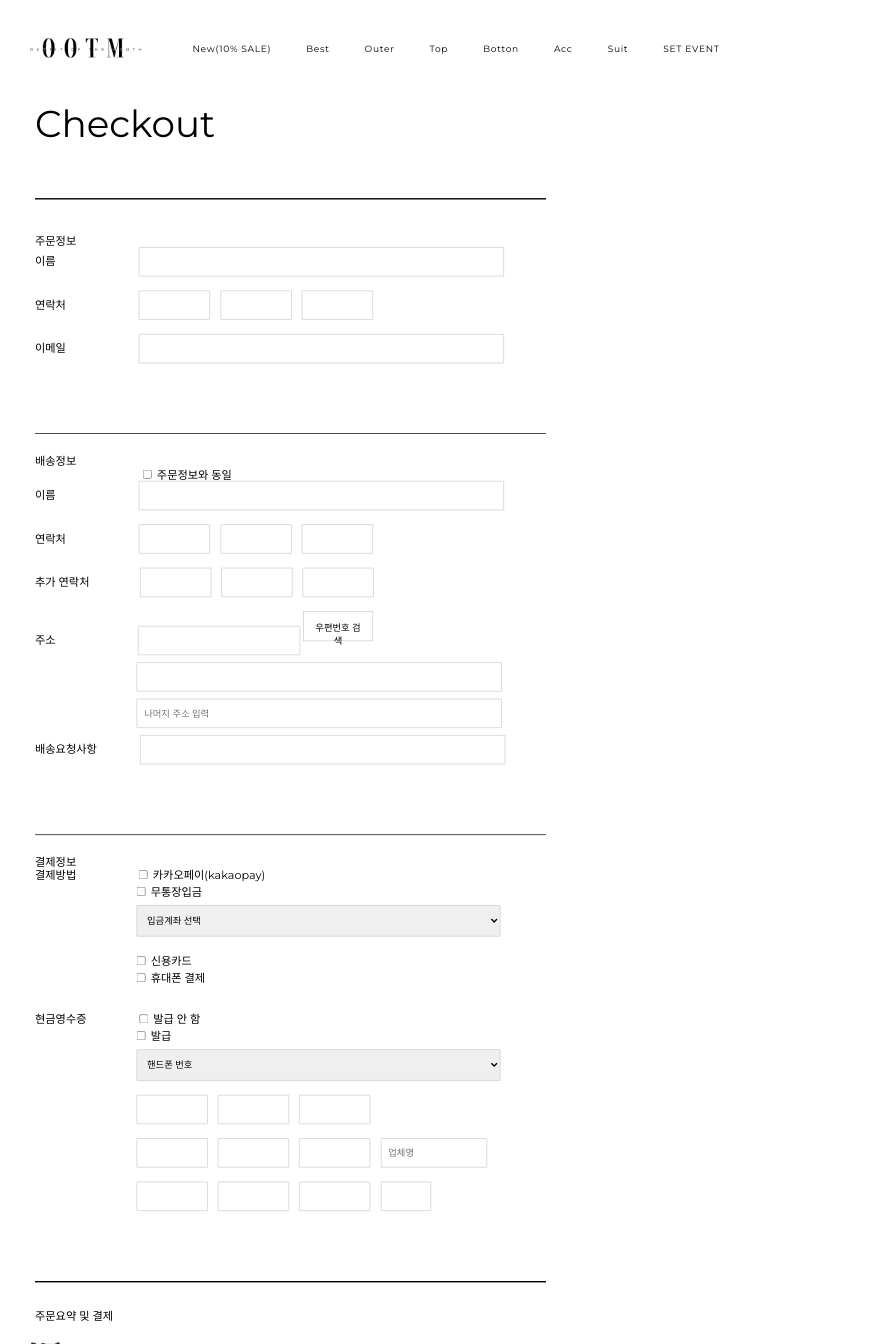
Repository: parkjunhoo/ootm
Page: ootm/src/main/webapp/html/payment_members.html
These files come from the project's save history. The page is drawn as it stood at one moment and after the next save; the edit follows.
The browser window is 1280 px wide. The pictures show the part of the page from y = 0 to 1920 px (the page is 2720 px tall), at 70% of full size.

Above is the page before, as saved 2023-04-23 12:43:01.
Console error: TypeError: Cannot read properties of null (reading 'appendChild')

### ootm/src/main/webapp/html/payment_members.html
<!DOCTYPE html>
<html>
	<head>
		<meta charset="UTF-8">
		<title>이달의 룩 - 결제페이지</title>
		<!-- 파비콘 -->
		<link rel="icon" href="/ootm/images/favicon.ico">
		 <!-- 글꼴 -->
        <link rel="preconnect" href="https://fonts.googleapis.com">
        <link rel="preconnect" href="https://fonts.gstatic.com" crossorigin>
        <link href="https://fonts.googleapis.com/css2?family=Montserrat:ital,wght@0,100;0,200;0,300;0,400;0,500;0,600;0,700;0,800;0,900;1,100;1,200;1,300;1,400;1,500;1,600;1,700;1,800;1,900&family=Noto+Sans+KR:wght@100;300;400;500;700;900&display=swap" rel="stylesheet">
        <!-- css -->
		<link rel="stylesheet" type="text/css" href="/ootm/css/payment_non_member_style.css"/>
        <link rel="stylesheet" type="text/css" href="/ootm/component/header/header.css"/>
        <link rel="stylesheet" type="text/css" href="/ootm/component/carousel/carousel.css"/>
        <link rel="stylesheet" type="text/css" href="/ootm/component/hoverbox/hoverbox.css"/>
        <link rel="stylesheet" type="text/css" href="/ootm/component/footer/footer.css"/>
	</head>
	<body>
		<header-component class="header" logoDark="true" logoHoverDark="true" mTextColor="black" bgHoverColor="#F9F9F9" menuBtnColor="black">
		</header-component>
		<h1 class="checkout">Checkout</h1>
		<hr class="line1"/>
		<form>
			<div class="user_order_info1">
				<h3 >주문정보</h3>
				<label id="title_name" for="name">이름</label>
				<input type="text" id="name" name="name"><br/>

				<label id="title_phone_number" for="phone_number">연락처</label>
				<input type="text" id="phone_number" name="phone_number">
				<input type="text" id="phone_number" name="phone_number">
				<input type="text" id="phone_number" name="phone_number"><br/>

				<label id="title_email" for="email">이메일</label>
				<input type="email" id="email" name="email"><br/>
			</div>
		</form>

		<hr class="line2"/>
		<form>
			<div class="user_order_info2">
				<div class="shipping-container">
					<h3>배송정보</h3>
  					<div>
    					<input type="checkbox" id="shipping">
   						<label for="shipping">주문정보와 동일</label>
   					</div>
				</div>
				<div>
					<label id="title_name" for="name">이름</label>
					<input type="text" id="name" name="name"><br/>

					<label id="title_phone_number" for="phone_number">연락처</label>
					<input type="text" id="phone_number" name="phone_number">
					<input type="text" id="phone_number" name="phone_number">
					<input type="text" id="phone_number" name="phone_number"><br/>

					<label id="title_phone_number_additional" for="phone_number_additional">추가 연락처</label>
					<input type="text" id="phone_number_additional" name="phone_number_additional">
					<input type="text" id="phone_number_additional" name="phone_number_additional">
					<input type="text" id="phone_number_additional" name="phone_number_additional"><br/>
					<!-- 배송지선택 체크박스 만들기 -->
					<label id="title_address" for="address">주소</label>
      				<input type="text" id="address_code1" name="address">
      				<button id="post_button" type="submit">우편번호 검색</button><br/>
      				<label id="empty_space" for="address">  </label>
      				<input type="text" id="address_code2" name="address"><br/>
      				<label id="empty_space" for="address">  </label>
      				<input type="text" id="remaining_address" name="address" placeholder="나머지 주소 입력"><br/>
      				<label id="title_shipping_request" for="shipping_request">배송요청사항</label>
      				<input type="text" id="shipping_request" name="shipping_request"><br/>
				</div>
			</div>
		</form>
		<hr class="line3"/>
		<form>
			<div class="user_order_info3">
				<h3>결제정보</h3>
				<label id="payment_method" for="payment_method">결제방법</label>

				<input type="checkbox" id="kakaopay">
   				<label for="kakaopay">카카오페이(kakaopay)</label><br/>

   				<!--  -->
   				<input type="checkbox" id="bankbook">
   				<label for="bankbook">무통장입금</label><br/>
				<select id="dropdown" name="dropdown">
					<option value="select">입금계좌 선택</option>
					<option value="woori_bank">우리은행 1002-111-222222</option><br/>
				</select><br/>

				<input type="checkbox" id="credit_card">
   				<label for="credit_card">신용카드</label><br/>

   				<input type="checkbox" id="mobile_payment">
   				<label for="mobile_payment">휴대폰 결제</label><br/>

   				<div id="cash_receipts_container">
	   				<label id="cash_receipts" for="cash_receipts">현금영수증</label>

	   				<input type="checkbox" id="cash_receipts_no">
	   				<label for="cash_receipts_no">발급 안 함</label><br/>

	   				<input type="checkbox" id="cash_receipts_yes">
	   				<label for="cash_receipts_yes">발급</label><br/>

	   				<select id="dropdown" name="dropdown">
						<option value="phone_number">핸드폰 번호</option>
						<option value="business_number">사업자 번호</option>
						<option value="revenue">국세청 현금영수증 카드</option><br/>
					</select><br/>
					<div id="phone_number_container">
						<input type="text" id="phone_number" name="phone_number">
						<input type="text" id="phone_number" name="phone_number">
						<input type="text" id="phone_number" name="phone_number"><br/>
					</div>
					<div id="business_number_container">
						<input type="text" id="business_number" name="business_number">
						<input type="text" id="business_number" name="business_number">
						<input type="text" id="business_number" name="business_number">
						<input type="text" id="business_number_company_name" name="business_number_company_name" placeholder="업체명"><br/>
					</div>
					<div id="revenue_container">
						<input type="text" id="revenue_number" name="revenue_number">
						<input type="text" id="revenue_number" name="revenue_number">
						<input type="text" id="revenue_number" name="revenue_number">
						<input type="text" id="revenue_number_last" name="revenue_number_last"><br/>
					</div>
   				</div>
			</div>
		</form>
		<hr class="line5"/>
		<form>
			<div class="checkout_summary">
				<h3>주문요약 및 결제</h3>
				<ul>
					<li class="image">
						<img src="/ootm/images/pants.jpg"> <!-- DB에서 받아오기 -->
					</li>
					<li class="product_info">
						<h4>8036 버뮤다 카펜터 반밴딩 x 1</h4>
						<div class="product-option">컬러 : 중청, 사이즈 : L</div>
						<h4 class="price">37,000원</h4>
					</li>
				</ul>
				<hr class="line6"/>
				<div class="pay_summary">
					<div class="summary_list">
						<div class="summary_item_subtotal">
							<div class="label">주문금액</div>
						</div>
					</div>

				</div>
			</div>
		</form>




		<footer-component>
		</footer-component>
		<script src="../javascript/mainPage.js"></script>
        <script src="../component/header/header.js"></script>
        <script src="../component/carousel/carousel.js"></script>
        <script src="../component/hoverbox/hoverbox.js"></script>
        <script src="../component/footer/footer.js"></script>
	</body>
</html>

### ootm/src/main/webapp/css/payment_non_member_style.css
@charset "UTF-8";

.header {
	position: fixed;
	top: 0;
	left: 0;
	right: 0;
	padding-top: 30px;
}

.checkout {
	margin-top: 150px;
	margin-left: 50px;
	font-size: 40pt;
}

/* 진한 선 */
.line1 {
	height: 2px;
	border-style: solid;
	border-width: 0;
	border-top-width: 2px;
	border-color: black;
	background-color: transparent;
	margin-left: 50px;
	margin-right: 500px;
	margin-top: 80px;
}

/* 연한 선 */
.line2 {
	height: 1px;
	border-style: 1px solid lightgray;
	border-width: 0;
	border-top-width: 1px;
	border-color: black;
	background-color: transparent;
	margin-left: 50px;
	margin-right: 500px;
	margin-top: 80px;
}

/* 연한 선 */
.line3 {
	height: 1px;
	border-style: 1px solid lightgray;
	border-width: 0;
	border-top-width: 1px;
	border-color: black;
	background-color: transparent;
	margin-left: 50px;
	margin-right: 500px;
	margin-top: 80px;
}

/* 연한 선 */
.line4 {
	height: 1px;
	border-style: 1px solid lightgray;
	border-width: 0;
	border-top-width: 1px;
	border-color: black;
	background-color: transparent;
	margin-left: 50px;
	margin-right: 500px;
	margin-top: 80px;
}

/* 진한 선 */
.line5 {
	height: 2px;
	border-style: solid;
	border-width: 0;
	border-top-width: 2px;
	border-color: black;
	background-color: transparent;
	margin-left: 50px;
	margin-right: 500px;
	margin-top: 80px;
}

/* 연한 선 */
.line6 {
	height: 1px;
	border-style: 1px solid lightgray;
	border-width: 0;
	border-top-width: 1px;
	border-color: black;
	background-color: transparent;
	margin-left: 50px;
	margin-right: 500px;
	margin-top: 25px;
}

/* 결제정보 */
h3 {
	margin-bottom: 40px;
}

.user_order_info1 {
	margin-left: 50px;
	margin-top: 50px;
}

.user_order_info1 #name {
	width: 500px;
	height: 20px;
	padding: 10px;
	margin-bottom: 20px;
	border-radius: 1px;
	border: 1px solid #ccc;
}

.user_order_info1 #email {
	width: 500px;
	height: 20px;
	padding: 10px;
	margin-bottom: 20px;
	border-radius: 1px;
	border: 1px solid #ccc;
}

.user_order_info1 #phone_number {
	width: 80px;
	height: 20px;
	padding: 10px;
	margin-bottom: 20px;
	margin-right: 10px;
	border-radius: 1px;
	border: 1px solid #ccc;
}

.user_order_info3 #business_number {
	width: 80px;
	height: 20px;
	padding: 10px;
	margin-bottom: 20px;
	margin-right: 10px;
	border-radius: 1px;
	border: 1px solid #ccc;
}

.user_order_info3 #business_number_company_name {
	width: 130px;
	height: 20px;
	padding: 10px;
	margin-bottom: 20px;
	margin-right: 10px;
	border-radius: 1px;
	border: 1px solid #ccc;
}

.user_order_info3 #revenue_number {
	width: 80px;
	height: 20px;
	padding: 10px;
	margin-bottom: 20px;
	margin-right: 10px;
	border-radius: 1px;
	border: 1px solid #ccc;
}

.user_order_info3 #revenue_number_last {
	width: 50px;
	height: 20px;
	padding: 10px;
	margin-bottom: 20px;
	margin-right: 10px;
	border-radius: 1px;
	border: 1px solid #ccc;
}

#title_name {
	margin-right: 114px;
}

#title_phone_number {
	margin-right: 100px;
}

#title_email {
	margin-right: 100px;
}

#right_checkbox {
	float: left;
}

#title_phone_number_additional {
	margin-right: 68px;
}

#title_address {
	margin-right: 113px;
}

#empty_space {
	margin-right: 145px;
}

#title_shipping_request {
	margin-right: 57px;
}

#shipping {
	margin-top: 20px;
	margin-left: 80px;
}

#kakaopay {
	margin-left: 85px;
}

#bankbook {
	margin-top: 8px;
	margin-left: 145px;
}

#credit_card {
	margin-top: 8px;
	margin-left: 145px;
}

#realtime_bank {
	margin-top: 8px;
	margin-left: 145px;
}

#escrow {
	margin-top: 8px;
	margin-left: 145px;
}

#mobile_payment {
	margin-top: 8px;
	margin-left: 145px;
}

#cash_receipts_no {
	margin-top: 8px;
	margin-left: 71px;
}

#cash_receipts_yes {
	margin-top: 8px;
	margin-left: 145px;
}

#cash_receipts_container {
	margin-top: 35px;
}

.privacy {
	margin-top: 20px;
}

.user_order_info2 {
	margin-left: 50px;
	margin-top: 30px;
}

.user_order_info3 {
	margin-left: 50px;
	margin-top: 30px;
}

.user_order_info4 {
	margin-left: 50px;
	margin-top: 30px;
}

.privacy {
	margin-left: 50px;
	margin-top: 30px;
}

.shipping-container {
	display: flex;
}

.shipping-container h3 {
	margin-right: 15px;
}

.user_order_info2 div #name {
	width: 500px;
	height: 20px;
	padding: 10px;
	margin-bottom: 20px;
	border-radius: 1px;
	border: 1px solid #ccc;
}

.user_order_info2 div #phone_number {
	width: 80px;
	height: 20px;
	padding: 10px;
	margin-bottom: 20px;
	margin-right: 10px;
	border-radius: 1px;
	border: 1px solid #ccc;
}

.user_order_info2 div #phone_number_additional {
	width: 80px;
	height: 20px;
	padding: 10px;
	margin-bottom: 20px;
	margin-right: 10px;
	border-radius: 1px;
	border: 1px solid #ccc;
}

.user_order_info2 div #address_code1 {
	width: 210px;
	height: 20px;
	padding: 10px;
	margin-bottom: 10px;
	border-radius: 1px;
	border: 1px solid #ccc;
}

.user_order_info2 div #address_code2 {
	width: 500px;
	height: 20px;
	padding: 10px;
	margin-bottom: 10px;
	border-radius: 1px;
	border: 1px solid #ccc;
}

.user_order_info2 div #remaining_address {
	width: 500px;
	height: 20px;
	padding: 10px;
	margin-bottom: 10px;
	border-radius: 1px;
	border: 1px solid #ccc;
}

.user_order_info2 div #post_button {
	font-size: 10pt;
	background-color: white;
	width: 100px;
	height: 43px;
	padding: 12px;
	text-align: center;
	border: 1px solid #ccc;
}

.user_order_info2 div #shipping_request {
	width: 500px;
	height: 20px;
	padding: 10px;
	margin-bottom: 20px;
	border-radius: 1px;
	border: 1px solid #ccc;
	resize: both;
}

#dropdown {
	width: 520px;
	height: 45px;
	padding: 10px;
	margin-bottom: 20px;
	margin-right: 10px;
	margin-left: 145px;
	margin-top: 10px;
	border-radius: 1px;
	border: 1px solid #ccc;
	border-radius: 1px;
}

.privacy #item {
	margin-left: 210px;
}

.privacy #retention_period {
	margin-left: 210px;
}

.privacy #purpose {
	margin-left: 150px;
}

.privacy #purpose1 {
	font-size: 10pt;
	margin-top: 10px;
}

.privacy #item1 {
	font-size: 10pt;
	margin-top: 10px;
	margin-left: 24px;
}

.privacy #purpose2 {
	font-size: 10pt;
	margin-top: 10px;
}

.privacy #item2 {
	font-size: 10pt;
	margin-top: 10px;
	margin-left: 24px;
}

.privacy #purpose3 {
	font-size: 10pt;
	margin-top: 10px;
}

.privacy #item3 {
	font-size: 10pt;
	margin-top: 10px;
	margin-left: 24px;
}

.privacy #retention_period1 {
	font-size: 10pt;
	margin-left: 24px;
	text-align: center;
}

.user_order_info3 div #phone_number {
	width: 80px;
	height: 20px;
	padding: 10px;
	margin-bottom: 20px;
	margin-right: 10px;
	border-radius: 1px;
	border: 1px solid #ccc;
	border-radius: 1px;
}

#phone_number_container {
	margin-left: 145px;
}

#business_number_container {
	margin-left: 145px;
}

#revenue_container {
	margin-left: 145px;
}

#privacy_title {
	margin-right: 30px;
}

/* 약관 테이블 요소 */
th {
	display: table-cell;
	vertical-align: inherit;
	font-weight: bold;
	text-align: -internal-center;
	border-left: none;
	border-right: none;
	text-align: left;
	margin-left: 3px;
}

td {
	border-right: 1px solid lightgray; /* 열(Column) 선 스타일링 */
	text-align: left;
	padding: 10px;
	font-size: 10pt;
}

table {
	border-collapse: collapse;
	width: 880px;
	text-indent: initial;
	border: none;
}

.privacy1 td {
	border-right: none; /* 마지막 열(Column) 선 제거 */
}

.privacy2 td {
	border-right: none; /* 마지막 열(Column) 선 제거 */
}

.privacy3 td {
	border-right: none; /* 마지막 열(Column) 선 제거 */
}

.privacy4 td {
	border-right: none; /* 마지막 열(Column) 선 제거 */
}

thead th {
	border-bottom: 1px solid lightgray; /* 헤더(Header) 하단 선 스타일링 */
}

tbody tr {
	border-bottom: 1px solid lightgray;
}

tbody td {
	border-bottom: 1px solid lightgray;
}

colgroup {
	display: table-column-group;
}
/* 약관 테이블요소 끝 */

.privacy1 #bold {
	font-weight: bold;
}

.checkout_summary h3 {
	margin-left: 50px;
	margin-top: 30px;
}

ul {
	list-style: none;
}

img {
	float: left;
	margin-left: 50px;
}
/* 상품이미지와의 거리 & 상품정보 글자 자체 간격*/
.product_info {
	margin-bottom: 15px;
	margin-left: 20px;
	line-height: 0; /* 글자 위 아래 간격 */
}
/* 상품이미지와 상품정보를 따로 */
.checkout_summary {
	overflow: auto;
}

.checkout_summary ul {
	list-style: none;
	margin: 0;
	padding: 0;
}

.checkout_summary ul li {
	display: inline-block;
	vertical-align: middle;
}

.checkout_summary ul.image {
	float: left;
	margin-right: 10px;
}

.checkout_summary ul.image img {
	max-width: 100%;
}

.checkout_summary ul.product_info {
	float: left;
}

.checkout_summary ul.product_info h4, .checkout_summary ul.product_info div
	{
	margin: 0;
	padding: 0;
}

/* 상품이미지 상품정보 끝 */

/* 최종결제 리스트 */
.summary_list {
	margin-left: 50px;
	margin-top: 30px;
}

.pay_summary {
	width: 920px;
}

.summary_item_subtotal, .summary_item_shipping {
  margin-bottom: 10px;
}

.pay_summary .product_price {
	float: right;
	font-weight: bold;
}

.pay_summary .delivery_price {
	float: right;
	font-weight: bold;
	margin-top: 10px;
}

### ootm/src/main/webapp/component/carousel/carousel.css

carousel-component{
    width: 100%;
    height: 100%;
    display: flex;
    position: relative;
    overflow: hidden;
}
.carouselList{
    transition: left 1s;
    left:0;
    position: relative;
    display: flex;
    width: 100%;
    height: 100%;
    z-index:4;
}
.carouselItem{
    position: relative;
    flex-shrink: 0;
    width: 100%;
    height: 100%;
    background-size: cover;
    background-position: center;
    background-repeat: no-repeat;
}
.carouselDotsDiv{
    position: absolute;
    align-self: flex-end;
    display: flex;
    justify-content: center;
    width: 100%;
    height: 10%;
    z-index:6;
}

.carouselArrowsDiv{
    position: absolute;
    display: flex;
    width: 100%;
    height: 100%;
    z-index:5;
}

.carouselArrowsDiv>button{
    width: 100px;
    height: 100px;
    align-self: center;
    background-color: transparent;
    margin: 5%;
    border: none;
}
.carouselArrowsDiv>button:nth-child(2){
    margin-left: auto;
}

.carouselArrowBtn{
    cursor: pointer;
    transition: .5s;
    width: 30%;
    height: 30%;
    border-color: #4b4b4b;
    border-width: 2px;
    border-style: solid;
    transform: rotate(135deg);
}
.carouselArrowBtn:hover{
    border-color: white;
    border-width: 5px;
}

.carouselPreBtn{
    border-top: none;
    border-left: none;
}

.carouselNextBtn{
    margin-left: auto;
    border-bottom: none;
    border-right: none;
}

.carouselDotBtn{
    cursor: pointer;
    background-color: transparent;
    border: none;
    padding:10px 5px;
    box-sizing: content-box;
    width:fit-content;
    height: 4px;
    border-radius: 2px;
}

.carouselDot{
    border-radius: 3px;
    border: 1px solid white;
    width:3px;
    height: 3px;
    background-color: white;
    transition: 1s;
    opacity: .6;
}

.carouselSelectedDot{
	border-radius: 0px;
    width:15px;
    height: 2px;
    background-color: white;
    transition: 1s;
    opacity: 1;
}

### ootm/src/main/webapp/component/hoverbox/hoverbox.css
.superBox{
    position: relative;
    width: 100%;
    height: 100%;
    overflow: hidden;
}
.beforeBox{
    width: 100%;
    height: 100%;
    background-position: center;
    background-repeat: no-repeat;
    background-size: cover;
}
.afterBox{
    position: absolute;
    top:0;
    left: 0;
    width: 100%;
    height: 100%;
    opacity: 0;
    transition: .5s;
}
.upAnim{
    position: relative;
    left: 0;
    transform:translateY(100%);
    transition: .7s;
}
.downAnim{
    position: relative;
    transform:translateY(-100%);
    transition: .7s;
}
.opacityAnim{
    opacity: 0;
    transition: .7s;
}
.superBox:hover .afterBox{
    opacity: 1;
}

.superBox:hover .upAnim{
    transform:translateY(0);
}
.superBox:hover .downAnim{
    transform:translateY(0);
}
.superBox:hover .opacityAnim{
    opacity: 1;
}

### ootm/src/main/webapp/component/footer/footer.css
footer{
    background-color: white;
    max-width: 100%;
    padding:8vh 30px 8vh 30px;
    margin-top:30px;
    font-family: 'Montserrat', 'Noto Sans KR', sans-serif;
    clear: both;
}
.footerOuter{
    width:97%;
    margin:0 auto;
    padding: 30px 0 30px 0;
}
.footerOuter>hr{
    height: 1.3px;
    background-color: black;
    margin-bottom: 5vh;
}
.footerOuter h5{
    font-size: 13px;
    font-weight: 700;
    margin-bottom: 15px;
}
.footerContentDiv{
    width: 100%;
    display: flex;
    font-weight: 400;
    font-size: 12px;
    line-height: 1.65;
}

.deskInfo{
    width: 100%;
}
.deskLinkDiv{
    display: flex;
    padding-top:10px;
    width: 100%;
    height: 100%;
}
.deskLinkDiv a{
    margin-right:10px;
    font-weight: bold;
    color:black;
    text-decoration: none;
}

.footerTextUnderline{
    width: 0%;
    height: 1px;
    background-color: #222;
    transition: .5s;
}

.deskLinkDiv a:hover>.footerTextUnderline{
    width:100%;
}


.footerContentLeftDiv{
    width: 50%;
}
.footerContentRightDiv{
    width: 50%;
    display: flex;
}
.footerContentRightDiv>div{
    width: 25%;
}
.footerIconMenu{
    width:1%;
}

.footerContentRightDiv .date{
    color: #aaa;
    font-size: 11px;
    margin-left: 5px;
}
.footerMenuDiv a{
    display: block;
    text-decoration: none;
    color:black;
}

.companyDescDiv{
    margin-top: 40px;
}
.companyDescDiv ul{
    display: flex;
    flex-wrap: wrap;
    width: 50%;
    white-space: nowrap;
    color:#787878;
}
.companyDescDiv ul>li{
    font-size: 11px;
    line-height: 1.65;
    padding-right: 10px;
}
.copyright{
    color:#aaa;
    font-size:11px;
    margin-top:15px;
}



@media (max-width:1300px){
    .footerContentDiv{
        display: block;
    }
    .footerContentLeftDiv{
        width: 100%;
        padding-bottom: 30px;
    }
    .footerContentRightDiv{
        width: 100%;
        padding-top: 30px;
    }
}

@media (max-width:1000px){
    .footerContentRightDiv{
        width: 0%;
        display: none;
    }
}

Loaded but not shown: ootm/src/main/webapp/component/header/header.js (581 lines, source omitted); ootm/src/main/webapp/component/footer/footer.js (306 lines, source omitted); ootm/src/main/webapp/javascript/mainPage.js (188 lines, source omitted); ootm/src/main/webapp/component/carousel/carousel.js (151 lines, source omitted); ootm/src/main/webapp/component/hoverbox/hoverbox.js (26 lines, source omitted); ootm/src/main/webapp/component/header/header.css (578 lines, source omitted)

After the next save:
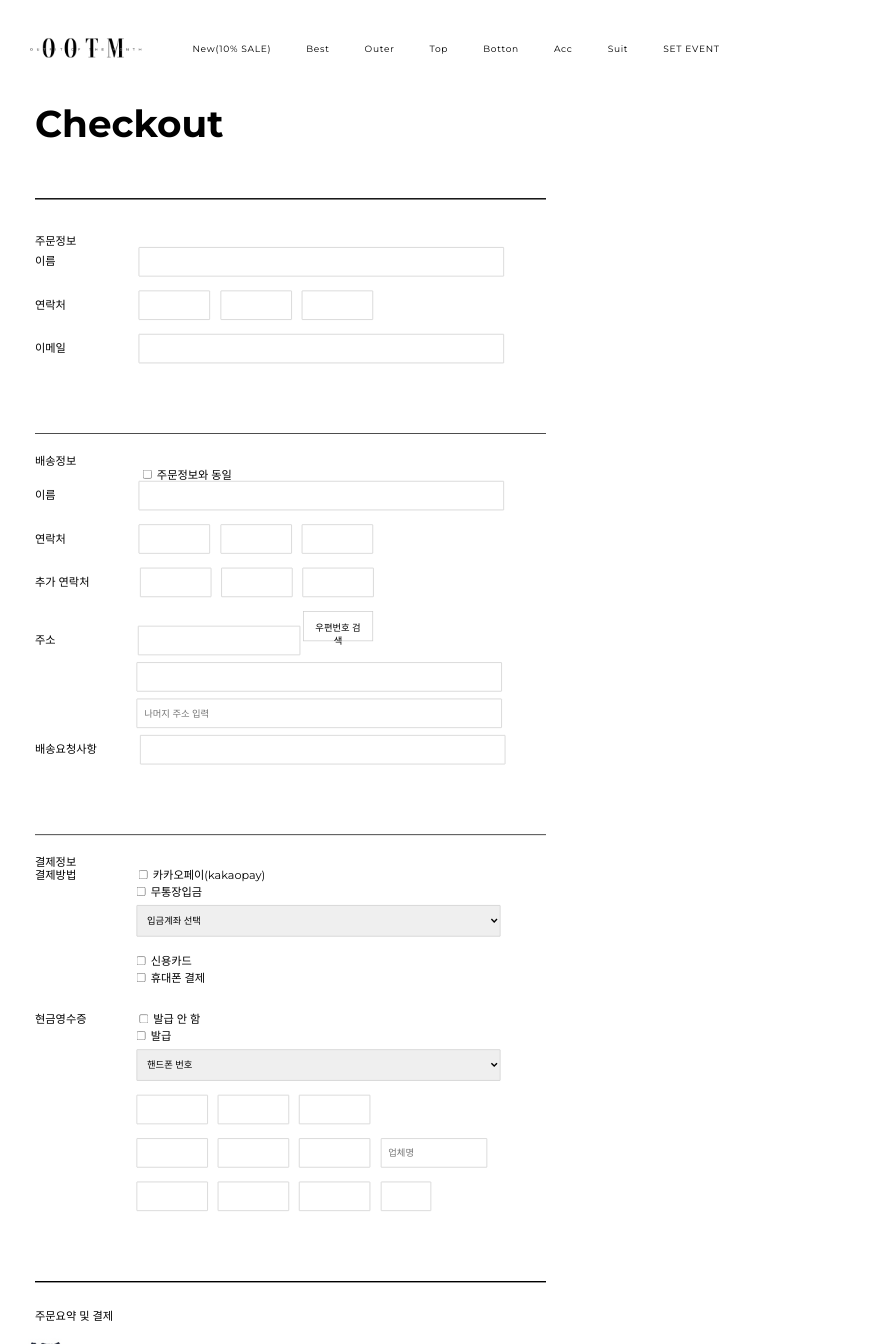
Saved 2 min 10 s later.
--- a/ootm/src/main/webapp/css/payment_non_member_style.css
+++ b/ootm/src/main/webapp/css/payment_non_member_style.css
@@ -9,6 +9,7 @@
 }
 
 .checkout {
+	font-weight: bold;
 	margin-top: 150px;
 	margin-left: 50px;
 	font-size: 40pt;
